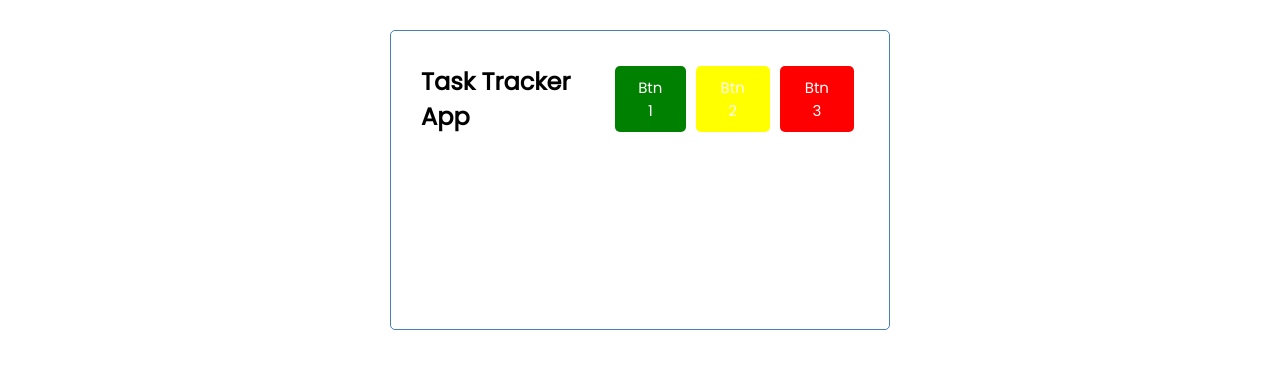
Repository: feyroozecode/task_tracker
Page: /
The author's editor kept a copy of each file at every save. The page is drawn from the files as they stood at one save, then again after the next save.
The browser window is 1280 px wide. The pictures show the whole page.
The project was rebuilt for these pictures with package versions that can differ from the ones it lists, and the page was loaded fresh each time.

Above is the page before, as saved 2023-10-19 16:57:30.

### public/index.html
<!DOCTYPE html>
<html lang="en">
  <head>
    <meta charset="utf-8" />
    <link rel="icon" href="%PUBLIC_URL%/favicon.ico" />
    <meta name="viewport" content="width=device-width, initial-scale=1" />
    <meta name="theme-color" content="#000000" />
    <meta
      name="description"
      content="Web site created using create-react-app"
    />
    <link rel="apple-touch-icon" href="%PUBLIC_URL%/logo192.png" />

    <link rel="manifest" href="%PUBLIC_URL%/manifest.json" />

    <title>React App</title>
  </head>
  <body>
    <noscript>You need to enable JavaScript to run this app.</noscript>

    <div id="root"></div>

  </body>
</html>

### src/App.js
import Header from './components/Header'

const App = ()  => {
   const appName = 'Task Tracker App'

   return (
     <div className="container">
      <Header title={appName} />
     </div>
   );

}

export default App;

### src/components/Header.js
import PropTypes from 'prop-types'
import AddButton from './AddButton'

const Header = ({ title }) => {
    return (
        <header className='header'>
            <h2 > { title } </h2>
            <AddButton color='green' text='Btn 1' />
            <AddButton color='yellow' text='Btn 2' />
            <AddButton color='red' text='Btn 3' />
        </header>
    )
}

// set default title
Header.defaultProps = {
    title: 'Task Tracker'
}

Header.propTypes = {
    title: PropTypes.string.isRequired
}

// styles
const headingStyles = {
    color: 'wheat',
    backgroundColor: 'green',
    textAlign: 'center'
}

export default Header

### src/components/AddButton.js

const AddButton = ({color, text}) => {
    return (
     <button
      className='btn'
     style={{ backgroundColor: color }}
     > {text} </button>
    )

}

export default AddButton

Loaded but not shown: src/index.js (common file); src/index.css (common file)

After the next save:
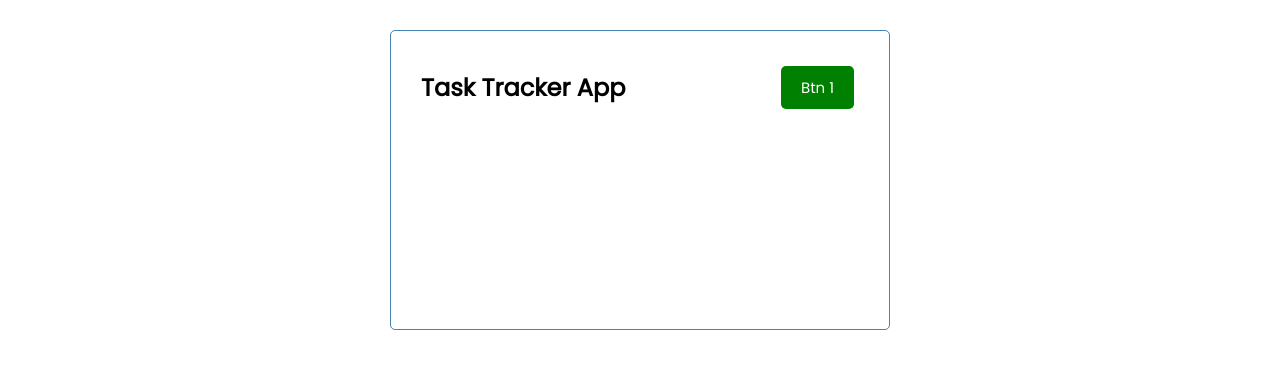
Saved 6 s later.
--- a/src/components/Header.js
+++ b/src/components/Header.js
@@ -6,8 +6,7 @@ const Header = ({ title }) => {
         <header className='header'>
             <h2 > { title } </h2>
             <AddButton color='green' text='Btn 1' />
-            <AddButton color='yellow' text='Btn 2' />
-            <AddButton color='red' text='Btn 3' />
+
         </header>
     )
 }
